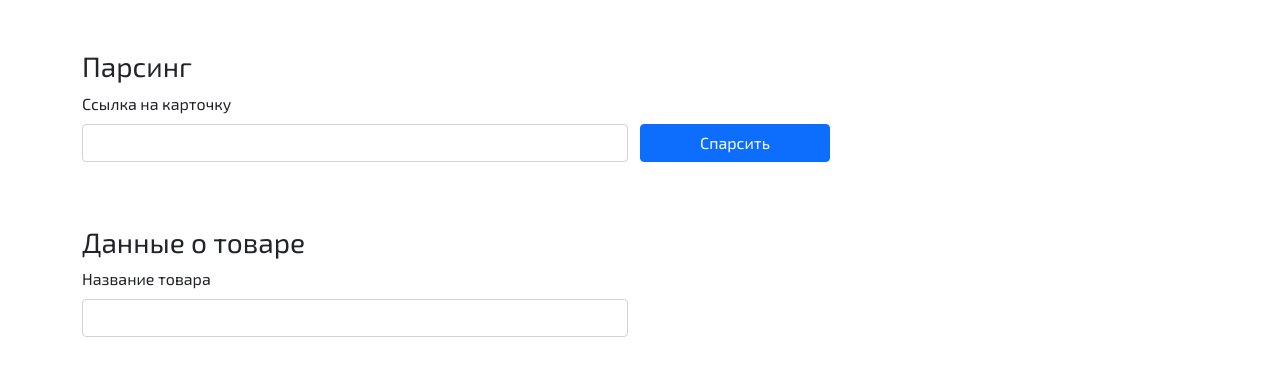
Repository: yozuul/wildberries-product-card-parser-api-exchange
Page: public/index.html
These files come from the project's save history. The page is drawn as it stood at one moment and after the next save; the edit follows.
The browser window is 1280 px wide. The pictures show the whole page.

Above is the page before, as saved 2021-08-18 19:59:56.

After the next save:
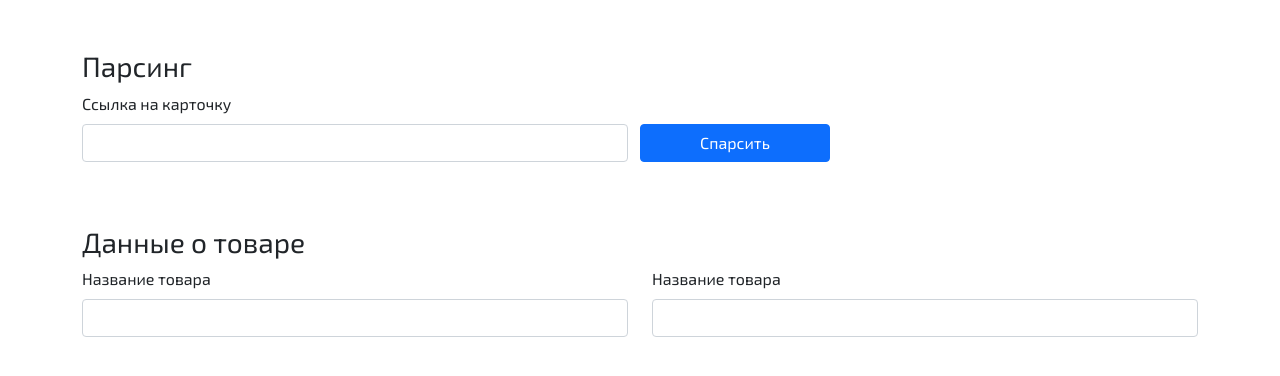
Saved 20 s later.
--- a/public/index.html
+++ b/public/index.html
@@ -27,7 +27,11 @@
     <form class="container mt-5">
        <div class="row">
           <h3 class="col-12">Данные о товаре</h3>
-          <div class="col-6">
+          <div class="col">
+            <label for="productName" class="form-label">Название товара</label>
+            <input type="text" class="form-control" id="productName">
+          </div>
+          <div class="col">
             <label for="productName" class="form-label">Название товара</label>
             <input type="text" class="form-control" id="productName">
           </div>
